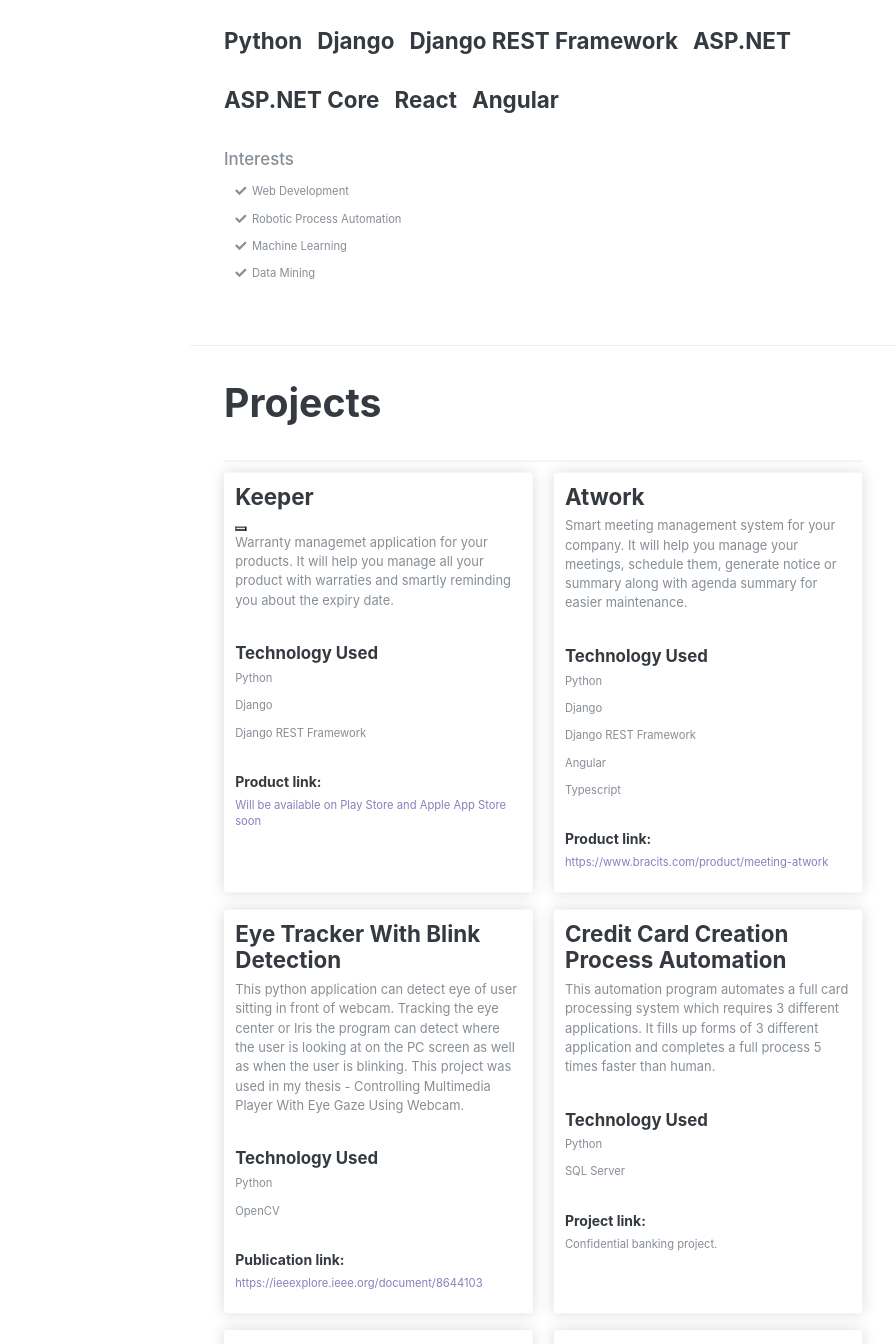
Repository: xahin96/xahin96.github.io
Page: index.html
The author's editor kept a copy of each file at every save. The page is drawn from the files as they stood at one save, then again after the next save.
The browser window is 1280 px wide. The pictures show the part of the page from y = 2923 to 4843 px (the page is 5491 px tall), at 70% of full size.
Some web fonts or font styles are not loaded; a fallback is used.

Above is the page before, as saved 2024-04-27 12:53:55.

After the next save:
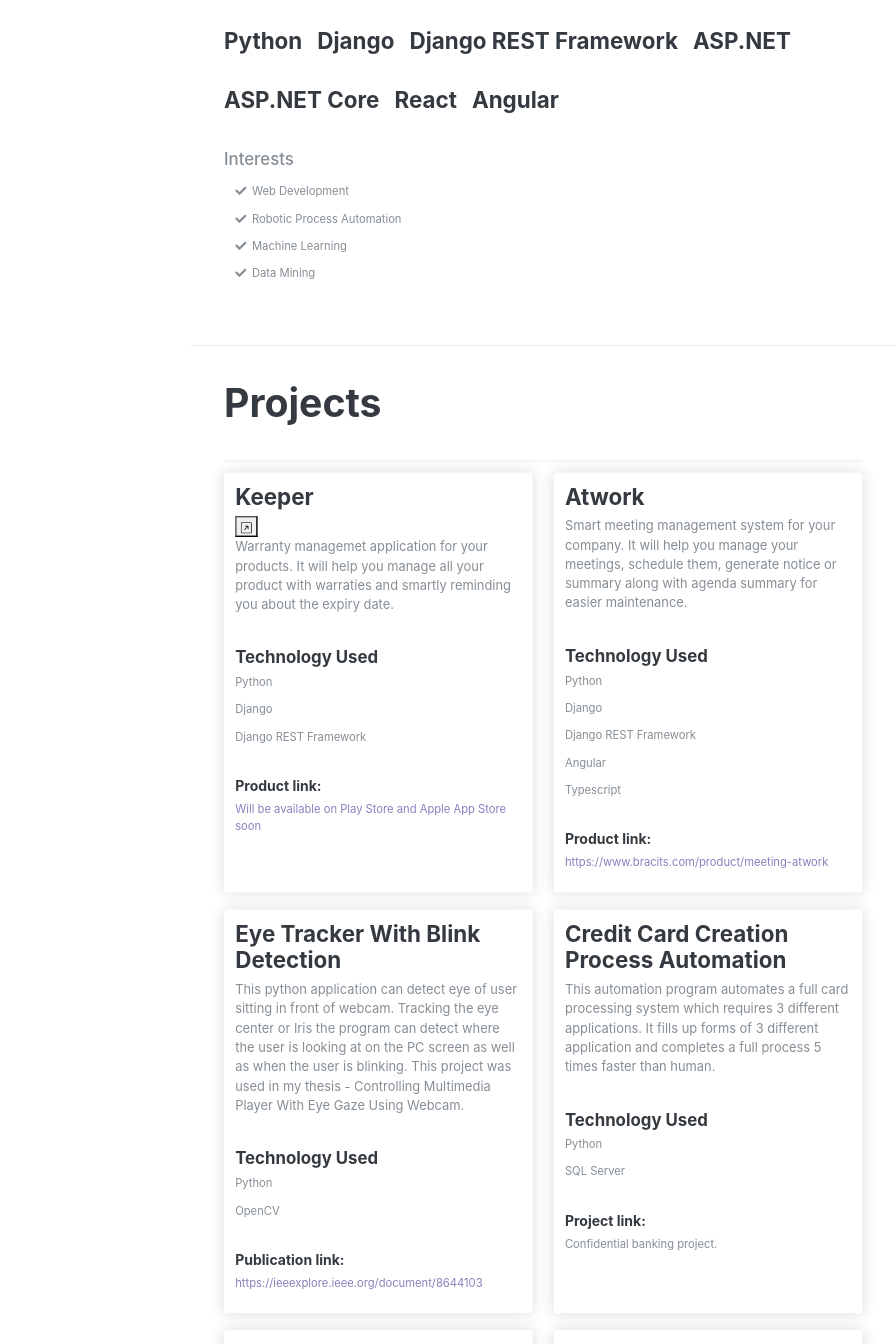
Saved 73 s later.
--- a/index.html
+++ b/index.html
@@ -298,7 +298,11 @@
               <div style="background-color:rgb(255, 255, 255)">
                 <div>
                   <h3 class="mb-2">Keeper</h3>
-                  <button></button>
+                  <button>
+                    <svg xmlns="http://www.w3.org/2000/svg" width="16" height="16" fill="currentColor" class="bi bi-arrow-up-right-square" viewBox="0 0 16 16">
+                      <path fill-rule="evenodd" d="M15 2a1 1 0 0 0-1-1H2a1 1 0 0 0-1 1v12a1 1 0 0 0 1 1h12a1 1 0 0 0 1-1zM0 2a2 2 0 0 1 2-2h12a2 2 0 0 1 2 2v12a2 2 0 0 1-2 2H2a2 2 0 0 1-2-2zm5.854 8.803a.5.5 0 1 1-.708-.707L9.243 6H6.475a.5.5 0 1 1 0-1h3.975a.5.5 0 0 1 .5.5v3.975a.5.5 0 1 1-1 0V6.707z"/>
+                    </svg>
+                  </button>
                 </div>
                 <p class="lead mb-5">
                     Warranty managemet application for your products. It will help you manage all your product with warraties and smartly reminding you about the expiry date.
